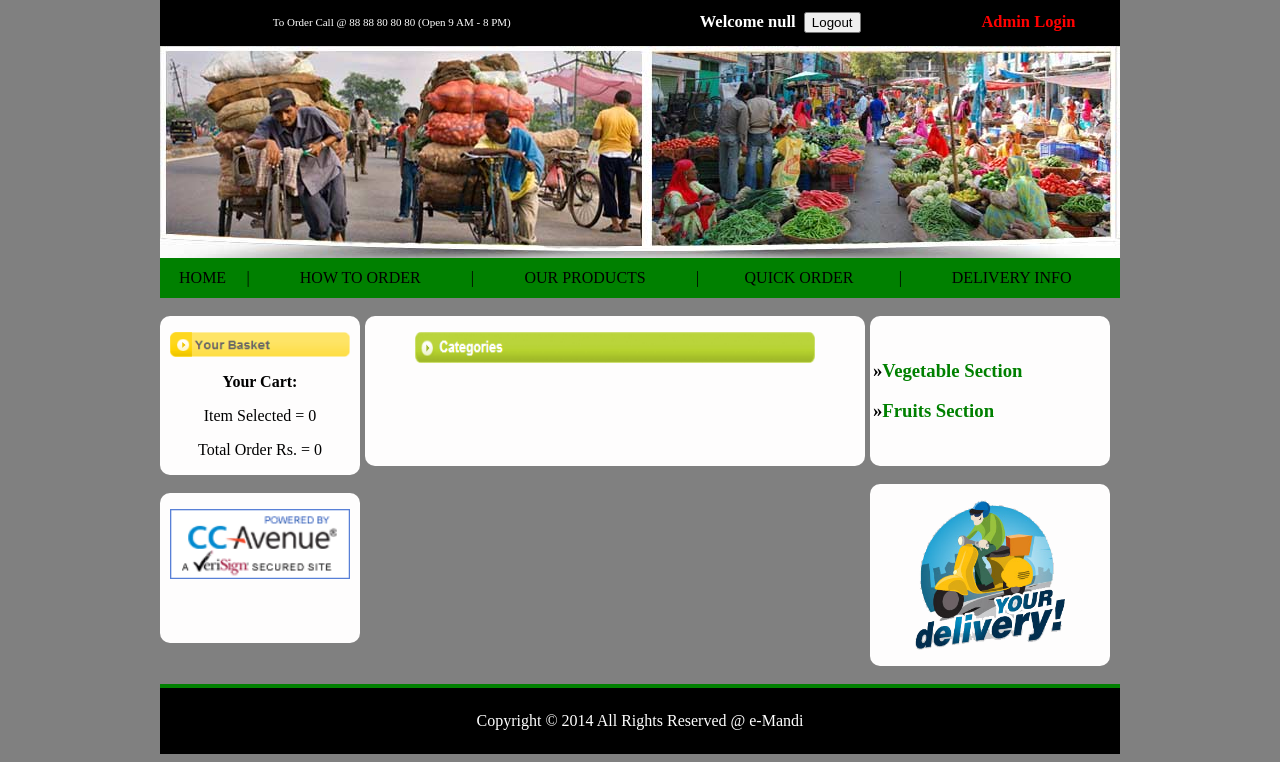
Repository: aashi12/e_mandi
Page: http://localhost/e_mandi/vegitable.jsp
The author's editor kept a copy of each file at every save. The page is drawn from the files as they stood at one save, then again after the next save.
The browser window is 1280 px wide. The pictures show the whole page.
The page is served by Tomcat 9. Other server files are loaded and not shown. Queries for data that is not in the repository find no rows.

Above is the page before, as saved 2014-04-12 16:15:41.

### e_mandi/WebContent/vegitable.jsp
<%@page import="java.sql.*"%>
<%@page import="oracle.jdbc.driver.*" %>
<%@page import="oracle.sql.*" %>
<%@ page language="java" contentType="text/html; charset=ISO-8859-1"
    pageEncoding="ISO-8859-1"%>
<!DOCTYPE html PUBLIC "-//W3C//DTD HTML 4.01 Transitional//EN" "http://www.w3.org/TR/html4/loose.dtd">
<html>
<head>
<meta http-equiv="Content-Type" content="text/html; charset=ISO-8859-1">
<title>Online e-Mandi</title>
<link rel="stylesheet" href="style.css" />
</head>
<body bgcolor="gray">

<%!
Connection conn;
    Statement st;
	ResultSet rs;
	String o_rate;
	String img_o;
	String sname;
	int i=1;
%>
<%

    try
    {
        Class.forName("oracle.jdbc.driver.OracleDriver");
        conn = DriverManager.getConnection("jdbc:oracle:thin:@localhost:1521:xe", "system", "ani1");

        st=conn.createStatement();
        String onion="select * from items";
        rs=st.executeQuery(onion);

    }

    catch(Exception e)
    {
       System.out.println("Exception : " + e.getMessage() + "");
    }


%>


<div id="container">
<div id="main">
<table border="0" width="960" height="260" cellspacing="0" cellpadding="0">
<tr>
<td height="30" bgcolor="black" class="order">
<table border="0" width="960" height="30" cellspacing="0" cellpadding="0">
<tr>
<td align="center"><p>To Order Call @ 88 88 80 80 80 (Open 9 AM - 8 PM)</p></td>
<td align="center">
<!-- user login details -->
<%
String usd =(String)session.getAttribute("user");
out.print("<h2>Welcome "+usd); %>&nbsp;
<a href="Logout1"><input type="button" value="Logout"></a></h2> </td>
<td align="center"><h2 class="admin"><a href="#">Admin Login</a></h2></td>
</tr></table>
</td>
</tr>
<tr>
<td class="bann">
<!--  <img class="logo" src="images/logo.gif" width="220" height="100"/>
<img class="free" src="images/free.png" width="150" height="150"/>    -->
</td>
</tr>
</table>
<table border="0" width="960" height="40" cellspacing="0" cellpadding="0">
<tr bgcolor="green">
<td align="center" class="tab"><a href="#">HOME</a></td>
<td align="center" class="tab">|</td>
<td align="center" class="tab"><a href="#">HOW TO ORDER</a></td>
<td align="center" class="tab">|</td>
<td align="center" class="tab"><a href="#">OUR PRODUCTS</a></td>
<td align="center" class="tab">|</td>
<td align="center" class="tab"><a href="#">QUICK ORDER</a></td>
<td align="center" class="tab">|</td>
<td align="center" class="tab"><a href="#">DELIVERY INFO</a></td>
</tr>
</table>
<br/>
<table border="0" width="960" height="auto" cellspacing="0" cellpadding="0">
<tr>
<td width="200" valign="top">
<table class="basket" width="200" height="auto" cellspacing="0" cellpadding="0" bgcolor="#fefdfd">
<tr>
<td align="center" valign="top">
<p><img src="images/basket.png" width="180"/></p>
<p class="bask"><b>Your Cart:</b></p>
<p>Item Selected = <% Integer a=(Integer)session.getAttribute("count");
if(a==null)
	 {
		 a=new Integer(0);

	 }

%> <%= a.intValue() %></p>
<p>Total Order Rs. = <%   Integer amu=(Integer)session.getAttribute("amount");
if(amu==null)
	 {
		 amu=new Integer(0);

	 }
%>
<%= amu %>
</p>
</td>
</tr>
</table>
&nbsp;
<table class="basket" width="200" height="150" cellspacing="0" cellpadding="0" bgcolor="#fefdfd">
<tr>
<td align="center" valign="top">
<p><img src="images/ccav.gif" width="180"/></p>
</td>
</tr>
</table>
</td>
<td width="560" align="center" valign="top">
<table class="basket" border="0" width="500" height="150" cellspacing="0" cellpadding="0" bgcolor="#fefdfd">
<tr>
<td align="center" valign="top">
<p><img class="bask" src="images/cate.png" width="400" height="31"/></p>
<table border="0"  width="400" cellspacing="10">
<tr>
<%
while(rs.next())
        {
       		 o_rate=rs.getString(3);
       		 img_o=rs.getString(5);
       		 sname=rs.getString(2);

 %>
<td><img src="C:/Directory1/<%= img_o %>" /> <hr/></td>
<td align="center">
<p>Rs
<%= o_rate %>

Per Kg</p>
<b>Quantity</b>&nbsp;
<form action="AddToCart">
<select name="op">
<option value="1">1 Kg</option>
<option value="2">2 Kg</option>
<option value="3">3 Kg</option>
<option value="4">4 Kg</option>
<option value="5">5 Kg</option>
</select>

<input type="hidden" name="<%=i++%>" value="<%=sname%>">
<p><input type="submit" value="Add To Cart" /></p><hr/>
</form>
</td>
</tr>

<!--
<td align="center">
<p>Rs
<%= o_rate %>

Per Kg</p>
<b>Quantity</b>&nbsp;
<select>
<option>1 Kg</option>
<option>2 Kg</option>
<option>3 Kg</option>
<option>4 Kg</option>
<option>5 Kg</option>
</select>
<p><input type="button" value="Add To Cart" /></p><hr/>
</td>
</tr>
-->
<%
}
 %>
<!--  <p></p>
<b>Quantity</b>&nbsp;
<select>
<option>1 Kg</option>
<option>2 Kg</option>
<option>3 Kg</option>
<option>4 Kg</option>
<option>5 Kg</option>
</select>
<p><input type="submit" value="Add To Cart" /></p>
</td>
</tr>
<!-- another cat -->
<!--  <tr>
<td></td>
<td></td>
</tr>
<tr>
<td align="center">
<p>Rs 20 Per Kg</p>
<b>Quantity</b>&nbsp;
<select>
<option>1 Kg</option>
<option>2 Kg</option>
<option>3 Kg</option>
<option>4 Kg</option>
<option>5 Kg</option>
</select>
<p><input type="submit" value="Add To Cart" /></p>
</td>
<td align="center">
<p>Rs 20 Per Kg</p>
<b>Quantity</b>&nbsp;
<select>
<option>1 Kg</option>
<option>2 Kg</option>
<option>3 Kg</option>
<option>4 Kg</option>
<option>5 Kg</option>
</select>
<p><input type="submit" value="Add To Cart" /></p> -->
</td>
</tr>
</table>
<p>&nbsp;</p><p>&nbsp;</p>
</td>
</tr>
</table>
</td>
<td width="300" valign="top">
<table border="0" class="basket" width="200" height="150" cellspacing="0" cellpadding="0" bgcolor="#fefdfd">
<tr>
<td align="center">
<table width="240">
<tr>
<td>
<h3 class="section">&#187;<a href="SuccessLogin.jsp">Vegetable Section</a></h3>
<h3 class="section">&#187;<a href="SuccessLogin.jsp">Fruits Section</a></h3>
</td>
</tr>
</table>
</td>
</tr>
</table>
&nbsp;
<table border="0" class="basket" width="240" height="150" cellspacing="0" cellpadding="0" bgcolor="#fefdfd">
<tr>
<td align="center">
<p><img src="images/free.png" width="150" height="150" /></p>
</td>
</tr>
</table>
</td>
</tr>
</table>
&nbsp;
<table border="0" width="960" height="70" cellspacing="0" cellpadding="0">
<tr>
<td height="4" bgcolor="green"></td>
</tr>
<tr>
<td height="65" bgcolor="black" align="center" class="foot">
<p>Copyright &copy; 2014 All Rights Reserved @ e-Mandi</p>
</td>
</tr>
</table>
</div>
</div>
</body>
</html>

### e_mandi/WebContent/style.css
#container{margin-top:-10px;}
#main{margin: 0px auto;width:960px;}
.tab{color:#000;text-decoration:none;}
.tab a{color:#000;text-decoration:none;}
.tab a:hover{color:#fff;text-decoration:none;}
.tab12{color:#fff;text-decoration:none;}
.tab12 a{color:#fff;text-decoration:none;}
.tab12 a:hover{color:red;text-decoration:none;}
.bann{background-image: url(images/header.jpg);}
.order{color:#fff; font-size:11px;}
.free{padding-left:400px;}
.logo{padding-bottom:50px;}
.basket{border-radius:10px;}
.foot{color:#fff;}
.cat{color:#000;text-decoration:none;}
.cat a{color:red;text-decoration:none;}
.cat a:hover{color:green;text-decoration:none;}
.admin{color:red;text-decoration:none; }
.admin a{color:red; text-decoration:none;}
.admin a:hover{color:#fff;text-decoration:none; }
#con1{padding-left:20px;padding-right:20px;}
img{border:none;}
a{text-decoration:none;}
.log a{text-decoration:none;}
.section a{color:green;text-decoration:none;}
.section a:hover{color:red;text-decoration:none;}
.quick{color:green;text-decoration:underline;}
#login
{
	text-align:center;

}

After the next save:
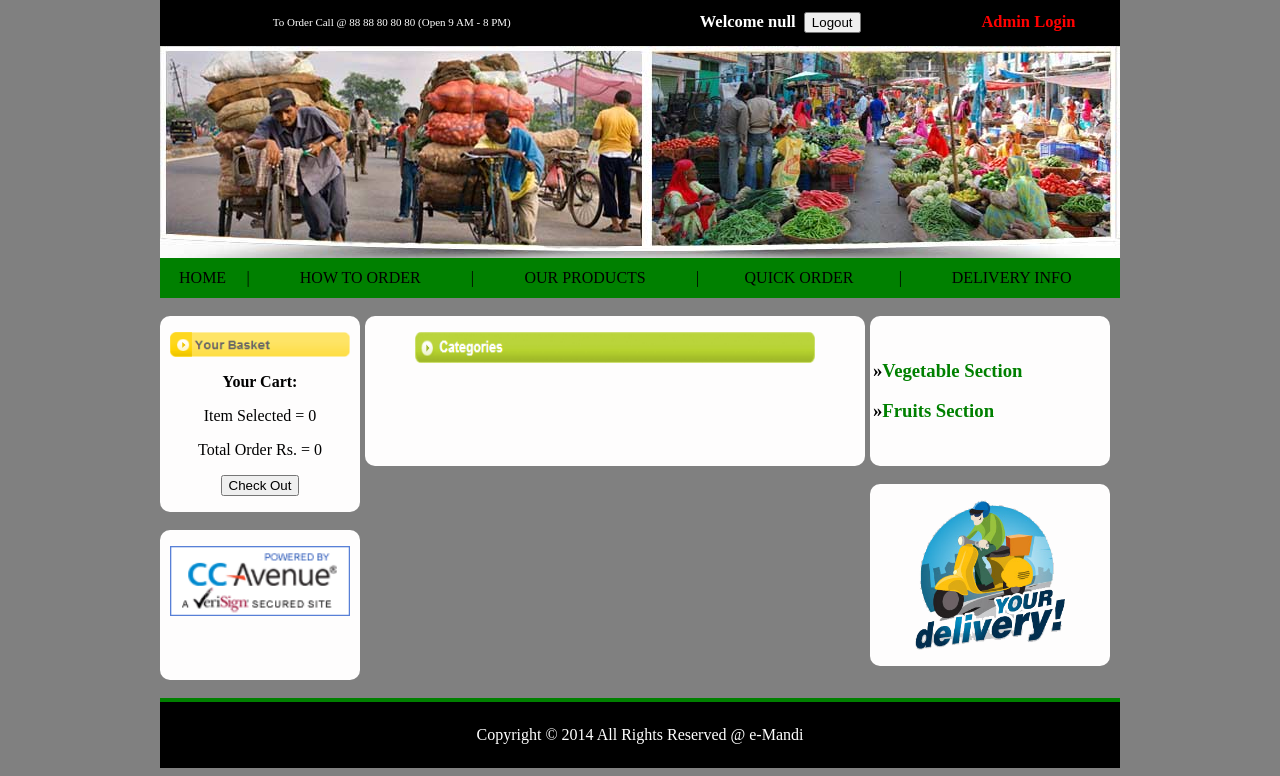
Saved 17 h 3 min later.
--- a/e_mandi/WebContent/vegitable.jsp
+++ b/e_mandi/WebContent/vegitable.jsp
@@ -107,6 +107,7 @@ if(amu==null)
 %>
 <%= amu %>
 </p>
+<p><input type="button" value="Check Out"></p>
 </td>
 </tr>
 </table>
